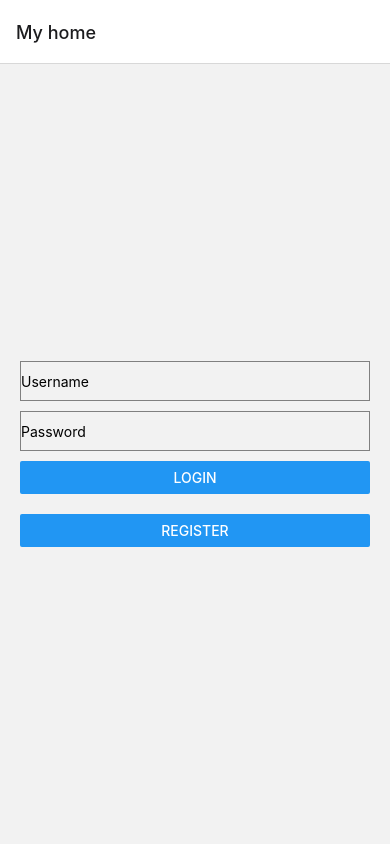
Repository: RidenShogunei/reactnative--make-an-app
Screen: / (app in Myapp/)
These files come from the project's save history. The screen is drawn as it stood at one moment and after the next save; the edit follows.
The app was drawn by React Native's web renderer in a window 390 px wide. The project was rebuilt for these pictures with package versions that can differ from the ones it lists, and the page was loaded fresh each time. Also part of the build but not shown: Myapp/pages/register.jsx.

Above is the screen before, as saved 2024-04-20 19:17:42.

### Myapp/App.js
import { NavigationContainer } from '@react-navigation/native';
import { createStackNavigator } from '@react-navigation/stack';

const Stack = createStackNavigator();
import Login from './pages/login'
import Register from './pages/register'
function App() {
  return (
    <NavigationContainer>
      <Stack.Navigator initialRouteName="Home">
        <Stack.Screen name="login" component={Login} options={{ title: 'My home' }}/>
        <Stack.Screen name="register" component={Register} />
      </Stack.Navigator>
    </NavigationContainer>
  );
}

export default App;

### Myapp/pages/login.jsx
// Login.jsx
import React, { useState } from 'react';
import { View, TextInput, Button, StyleSheet } from 'react-native';
import { useNavigation } from '@react-navigation/native';

const Login = () => {
  const [username, setUsername] = useState('');
  const [password, setPassword] = useState('');
  const navigation = useNavigation();

  const handleLogin = () => {
    // 这里应该进行登录的逻辑处理
    // 如果登录成功，可以导航到其他界面
  };

  return (
    <View style={styles.container}>
      <TextInput
        style={styles.input}
        placeholder="Username"
        value={username}
        onChangeText={setUsername}
      />
      <TextInput
        style={styles.input}
        placeholder="Password"
        secureTextEntry
        value={password}
        onChangeText={setPassword}
      />

    <View style={styles.buttonContainer}>
      <Button title="Login" onPress={handleLogin} />
      <View style={styles.spacingView}/>
      <Button title="Register" onPress={() => navigation.navigate('register')}/>
    </View>
    </View>
  );
};

const styles = StyleSheet.create({
  container: { flex: 1, padding: 20, justifyContent: 'center' },
  input: { height: 40, borderColor: 'gray', borderWidth: 1, marginBottom: 10 },
  buttonContainer: {
    justifyContent: 'center',
  },
  spacingView: {
    height: 20, // 调整这个值可以改变按钮之间的距离
  }
});
export default Login;

After the next save:
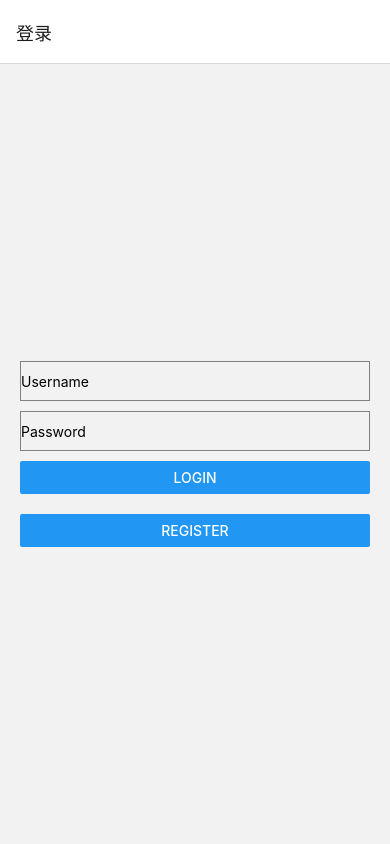
Saved 4 s later.
--- a/Myapp/App.js
+++ b/Myapp/App.js
@@ -8,7 +8,7 @@ function App() {
   return (
     <NavigationContainer>
       <Stack.Navigator initialRouteName="Home">
-        <Stack.Screen name="login" component={Login} options={{ title: 'My home' }}/>
+        <Stack.Screen name="login" component={Login} options={{ title: '登录' }}/>
         <Stack.Screen name="register" component={Register} />
       </Stack.Navigator>
     </NavigationContainer>
